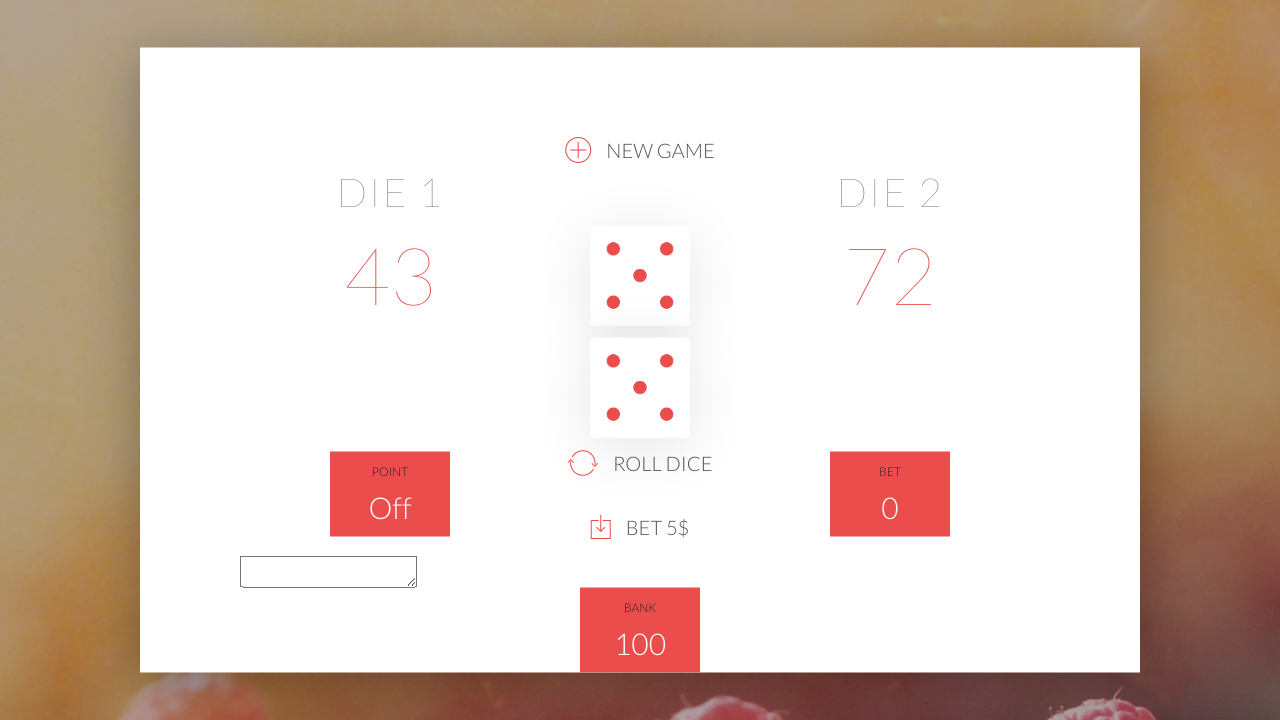
Repository: rmcc0724/html_challenge
Page: Craps/index.html
The author's editor kept a record of every edit. The page is drawn from the files as they stood at one moment, then again after the next edit.
The browser window is 1280 px wide. The pictures show the whole page.

Above is the page before.

### Craps/index.html
<!DOCTYPE html>
<html lang="en">

<head>
    <meta charset="UTF-8">
    <link href="https://fonts.googleapis.com/css?family=Lato:100,300,600" rel="stylesheet" type="text/css">
    <link href="https://code.ionicframework.com/ionicons/2.0.1/css/ionicons.min.css" rel="stylesheet" type="text/css">
    <link type="text/css" rel="stylesheet" href="style.css">

    <title>Pig Game</title>
</head>

<body>
    <div class="wrapper clearfix">

        <div class="player-0-panel">

            <div class="player-name" id="name-0">Die 1</div>
            <div class="player-score" id="score-0">43</div>
            <div class="player-current-box">
                <div class="player-current-label">Point</div>
                <div class="player-current-score" id="current-0">Off</div>
            </div><br>
            <div><textarea></textarea></div>
        </div>

        <div class="player-1-panel">
            <div class="player-name" id="name-1">Die 2</div>
            <div class="player-score" id="score-1">72</div>
            <div class="player-current-box">
                <div class="player-current-label">Bet</div>
                <div class="player-current-score" id="current-1">0</div>

            </div>

                    </div>
                      <div>
        <button class="btn-new"><i class="ion-ios-plus-outline"></i>New game</button>
        <button class="btn-roll"><i class="ion-ios-loop"></i>Roll dice</button>
<button class="btn-bet"><i class="ion-ios-download-outline"></i>Bet 5$</button>
<div class="bank">
                <div class="player-current-label">Bank</div>
                <div class="player-current-score" id="current-0">100</div>
            </div>
        <img src="dice-5.png" alt="Dice" class="dice1">
        <img src="dice-5.png" alt="Dice" class="dice2">

    </div>
    </div>

    <script src="app.js"></script>
</body>

</html>

### Craps/style.css
/**********************************************
*** GENERAL
**********************************************/

* {
    margin: 0;
    padding: 0;
    box-sizing: border-box;

}

.clearfix::after {
    content: "";
    display: table;
    clear: both;
}

body {
    background-image: linear-gradient(rgba(62, 20, 20, 0.4), rgba(62, 20, 20, 0.4)), url(back.jpg);
    background-size: cover;
    background-position: center;
    font-family: Lato;
    font-weight: 300;
    position: relative;
    height: 100vh;
    color: #555;
}

.wrapper {
    width: 1000px;
    position: absolute;
    top: 50%;
    left: 50%;
    transform: translate(-50%, -50%);
    background-color: #fff;
    box-shadow: 0px 10px 50px rgba(0, 0, 0, 0.3);
    overflow: hidden;
}

.player-0-panel,
.player-1-panel {
    width: 50%;
    float: left;
    height: 540px;
    padding: 100px;
}



/**********************************************
*** PLAYERS
**********************************************/

.player-name {
    font-size: 40px;
    text-align: center;
    text-transform: uppercase;
    letter-spacing: 2px;
    font-weight: 100;
    margin-top: 20px;
    margin-bottom: 10px;
    position: relative;
}

.player-score {
    text-align: center;
    font-size: 80px;
    font-weight: 100;
    color: #EB4D4D;
    margin-bottom: 130px;
}

.active { background-color: #f7f7f7; }
.active .player-name { font-weight: 300; }

.active .player-name::after {
    content: "\2022";
    font-size: 47px;
    position: absolute;
    color: #EB4D4D;
    top: -7px;
    right: 10px;

}

.player-current-box {
    background-color: #EB4D4D;
    color: #fff;
    width: 40%;
    margin: 0 auto;
    padding: 12px;
    text-align: center;
}

.player-current-label {
    text-transform: uppercase;
    margin-bottom: 10px;
    font-size: 12px;
    color: #222;
}

.player-current-score {
    font-size: 30px;
}

button {
    position: absolute;
    width: 200px;
    left: 50%;
    transform: translateX(-50%);
    color: #555;
    background: none;
    border: none;
    font-family: Lato;
    font-size: 20px;
    text-transform: uppercase;
    cursor: pointer;
    font-weight: 300;
    transition: background-color 0.3s, color 0.3s;
}

button:hover { font-weight: 600; }
button:hover i { margin-right: 20px; }

button:focus {
    outline: none;
}

i {
    color: #EB4D4D;
    display: inline-block;
    margin-right: 15px;
    font-size: 32px;
    line-height: 1;
    vertical-align: text-top;
    margin-top: -4px;
    transition: margin 0.3s;
}

.btn-new {top: 90px;}
.btn-roll { top: 403px;}
.btn-bet { top: 467px;}

.dice1 {
    position: absolute;
    left: 50%;
    top: 178px;
    transform: translateX(-50%);
    height: 100px;
    box-shadow: 0px 10px 60px rgba(0, 0, 0, 0.10);
}

.dice2 {
    position: absolute;
    left: 50%;
    top: 290px;
    transform: translateX(-50%);
    height: 100px;
    box-shadow: 0px 10px 60px rgba(0, 0, 0, 0.10);
}

.winner { background-color: #f7f7f7; }
.winner .player-name { font-weight: 300; color: #EB4D4D; }

.bank {
    width: 120px;
    clear: both;
    text-align: center;
    background-color: #EB4D4D;
    color: #fff;
    margin: 0 auto;
    padding: 12px;
    text-align: center;
}

### Craps/app.js
var bankController = (function() {
    var data = {
        dice: {
            die1: 0,
            die2: 0,
        },
        bet: 0,
        bank: 100,
        point: "Off"
    };
    return {
        placeBet: function(bet) {
            if (data.bank > 0 && bet <= data.bank) {
                data.bet = bet;
                data.bank -= data.bet;
                console.log(data.bank);
            }
            else {
                console.log("You don't have enough money!");
            }
        },
        rollDice: function() {
            if (data.bet > 0) {
                data.dice.die1 = Math.floor(Math.random() * 6) + 1;
                data.dice.die2 = Math.floor(Math.random() * 6) + 1;
                console.log(data.dice.die1);
                console.log(data.dice.die2);
            }
            else {
                console.log("You need to place a bet first");
            }
        },
        resetDice: function() {
            data.dice.die1 = 0, data.dice.die2 = 0;

        },
        checkWinner: function() {
            //Check to see if a bet was placed and if yes roll the dice if not alert the user to place a bet first
            this.getBet() > 0 ? this.rollDice() : console.log("You must first place a bet!!");
            if (this.getBet() > 0) {
                if (this.getPoint() === "Off") {
                    this.getDiceTotal() === 2 || this.getDiceTotal() === 3 || this.getDiceTotal() === 12 ? this.playerLoses() :
                        this.getDiceTotal() === 7 || this.getDiceTotal() === 11 ? this.playerWins() : this.setPoint(this.getDiceTotal());
                }
                else {
                    this.getDiceTotal() === 7 ? this.playerLoses() : this.getDiceTotal() === this.getPoint() ? this.playerWins() : (console.log("Roll Again but dont crap out. Try to hit " + this.getPoint()));
                }
            }
            console.log("The dice total was " + this.getDiceTotal());
            console.log("The point is " + this.getPoint());
                    this.resetDice();
            console.log("Now the dice total is " + this.getDiceTotal());

        },
        playerWins: function() {
            data.point = "Off";
            data.bank += data.bet * 2;
            console.log("Player Wins and has the amount of " + data.bank + " left.");
            console.log(data.bank);
            data.bet = 0;
        },
        playerLoses: function() {
            data.point = "Off";
            console.log("Player Loses and has the amount of " + data.bank + " left.");
            data.bet = 0;
        },
        getBank: function() {
            return data.bank;
        },
        getPoint: function() {
            return data.point;
        },
        getBet: function() {
            return data.bet;
        },
        getDiceTotal: function() {
            return data.dice.die1 + data.dice.die2;
        },
        setPoint: function(point) {
            data.point = point;
        },
        resetGame: function() {
            data = {
        dice: {
            die1: 0,
            die2: 0,
        },
        bet: 0,
        bank: 100,
        point: "Off"
    };
        }
    };
})();

var controller = (function(bankCtrl) {

    return {
        init: function() {
            console.log('Application has started.');
        }
    };

})(bankController);

controller.init();

After the next edit:
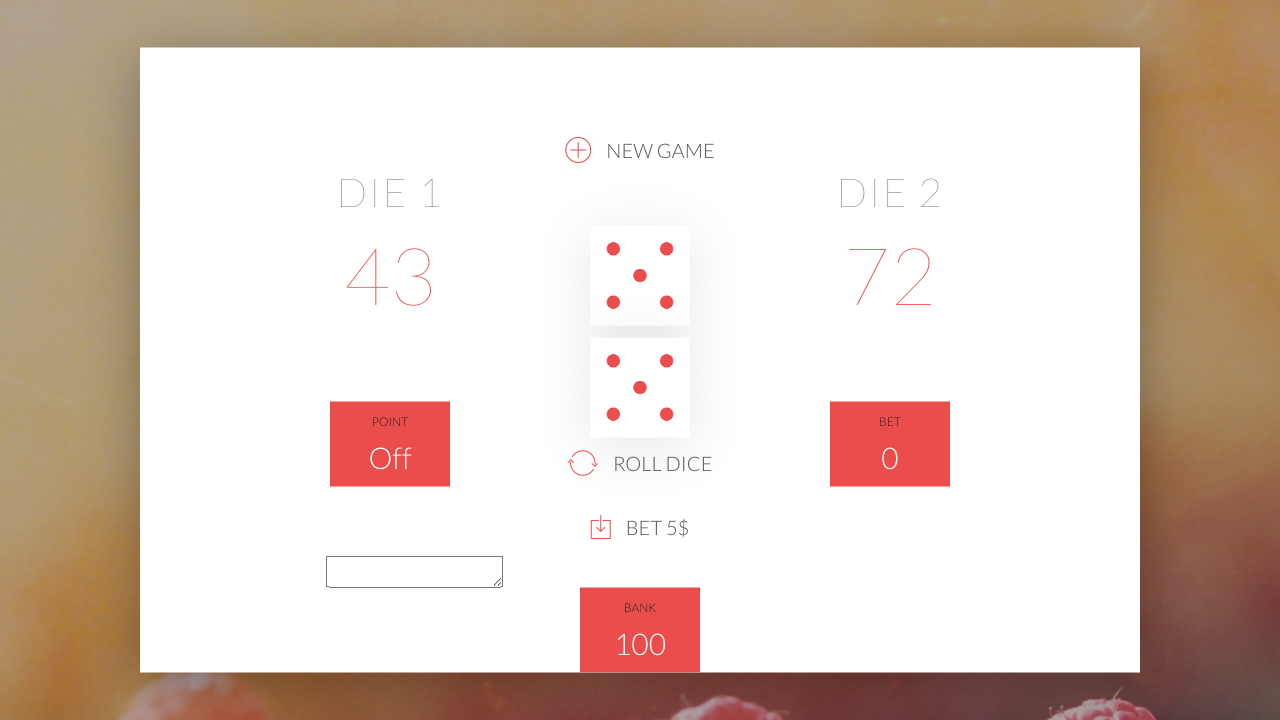
The edit:
--- a/Craps/style.css
+++ b/Craps/style.css
@@ -67,7 +67,7 @@
     font-size: 80px;
     font-weight: 100;
     color: #EB4D4D;
-    margin-bottom: 130px;
+    margin-bottom: 80px;
 }
 
 .active { background-color: #f7f7f7; }
@@ -172,3 +172,7 @@
     padding: 12px;
     text-align: center;
 }
+
+textarea {
+    margin: 50px 0 0 86px;
+}
